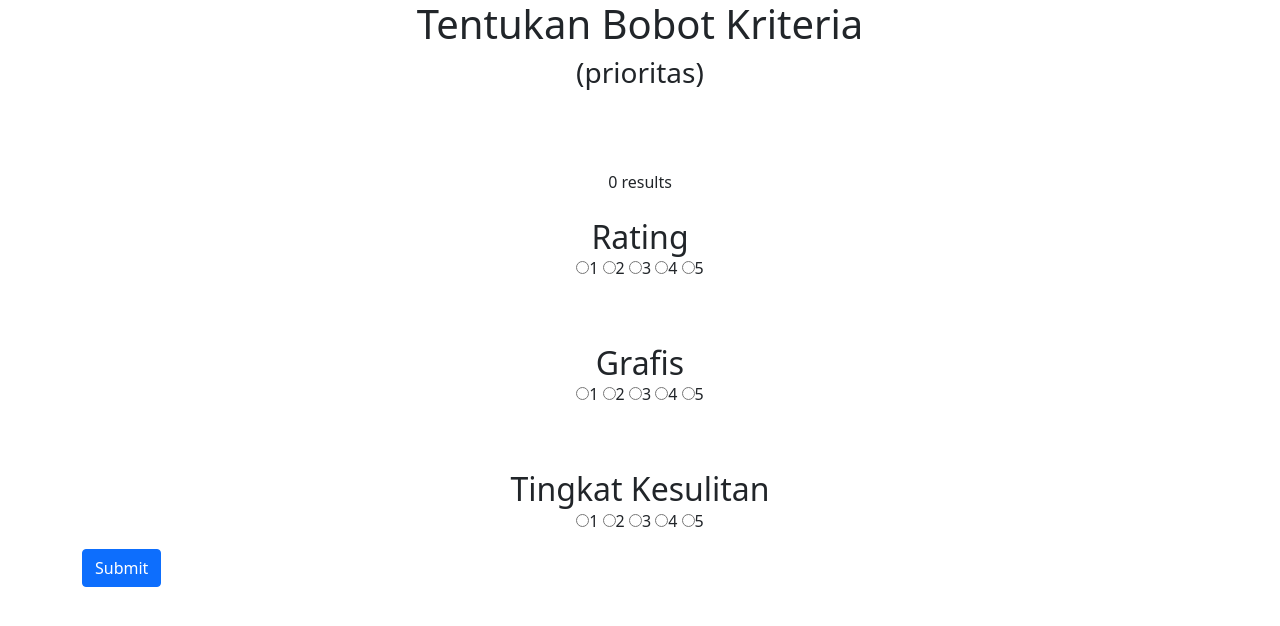
Repository: aqordeon/SPKWP
Page: http://localhost/hitungKriteria.php
The author's editor kept a copy of each file at every save. The page is drawn from the files as they stood at one save, then again after the next save.
The browser window is 1280 px wide. The pictures show the whole page.
The page is run by PHP 8.4 with error messages shown; the project is at /var/www/html/. Queries for data that is not in the repository find no rows.

Above is the page before, as saved 2020-12-24 23:18:01.

### hitungKriteria.php
<html lang="en">
<head>
    <meta charset="UTF-8">
    <meta name="viewport" content="width=device-width, initial-scale=1.0">
    <title>Document</title>
    <link href="https://cdn.jsdelivr.net/npm/bootstrap@5.0.0-beta1/dist/css/bootstrap.min.css" rel="stylesheet" integrity="sha384-giJF6kkoqNQ00vy+HMDP7azOuL0xtbfIcaT9wjKHr8RbDVddVHyTfAAsrekwKmP1" crossorigin="anonymous">
    <?php
        include "koneksi.php";
    ?>
</head>
<body>
    <div class="container">
    <center>
        <h1>Tentukan Bobot Kriteria</h1>
        <h3>(prioritas)</h3>

        <br><br><br>



            <?php

                $tabelkriteria = mysqli_query($con, "SELECT * FROM tb_kriteria");
                $baristabelkriteria = mysqli_num_rows($tabelkriteria);
                $row = mysqli_fetch_assoc($tabelkriteria);

                if ($baristabelkriteria > 0) {
                    while($row) {
                        echo $row['id'];
                    }
                } else {
                    echo "0 results";
                }

            ?>


        <br><br>

        <div class="container">
            <h2 style="display: inline;">Rating</h2>
            <form>
                <label class="radio-inline">
                    <input type="radio" name="optradio2">1
                </label>
                <label class="radio-inline">
                    <input type="radio" name="optradio2">2
                </label>
                <label class="radio-inline">
                    <input type="radio" name="optradio2">3
                </label>
                <label class="radio-inline">
                    <input type="radio" name="optradio2">4
                </label>
                <label class="radio-inline">
                    <input type="radio" name="optradio2">5
                </label>
            </form>
        </div>

        <br><br>

        <div class="container">
            <h2 style="display: inline;">Grafis</h2>
            <form>
                <label class="radio-inline">
                    <input type="radio" name="optradio3">1
                </label>
                <label class="radio-inline">
                    <input type="radio" name="optradio3">2
                </label>
                <label class="radio-inline">
                    <input type="radio" name="optradio3">3
                </label>
                <label class="radio-inline">
                    <input type="radio" name="optradio3">4
                </label>
                <label class="radio-inline">
                    <input type="radio" name="optradio3">5
                </label>
            </form>
        </div>

        <br><br>

        <div class="container">
            <h2 style="display: inline;">Tingkat Kesulitan</h2>
            <form>
                <label class="radio-inline">
                    <input type="radio" name="optradio4">1
                </label>
                <label class="radio-inline">
                    <input type="radio" name="optradio4">2
                </label>
                <label class="radio-inline">
                    <input type="radio" name="optradio4">3
                </label>
                <label class="radio-inline">
                    <input type="radio" name="optradio4">4
                </label>
                <label class="radio-inline">
                    <input type="radio" name="optradio4">5
                </label>
            </form>
        </div>
    </center>

    <button class="btn btn-primary" value="Submit">Submit</button>   <!-- mengarah ke hitung_vektorS.php -->

</div>
</body>
</html>

### koneksi.php
<?php
    $servername = "localhost";
    $username = "root";
    $password = "";
    $database = "db_spkwp";

    $con = mysqli_connect($servername, $username, $password, $database);

    // $ambilparagraf = $con->query("SELECT * FROM paragraph");
    // $cekdbparagraf = $ambilparagraf->fetch_assoc();
?>

After the next save:
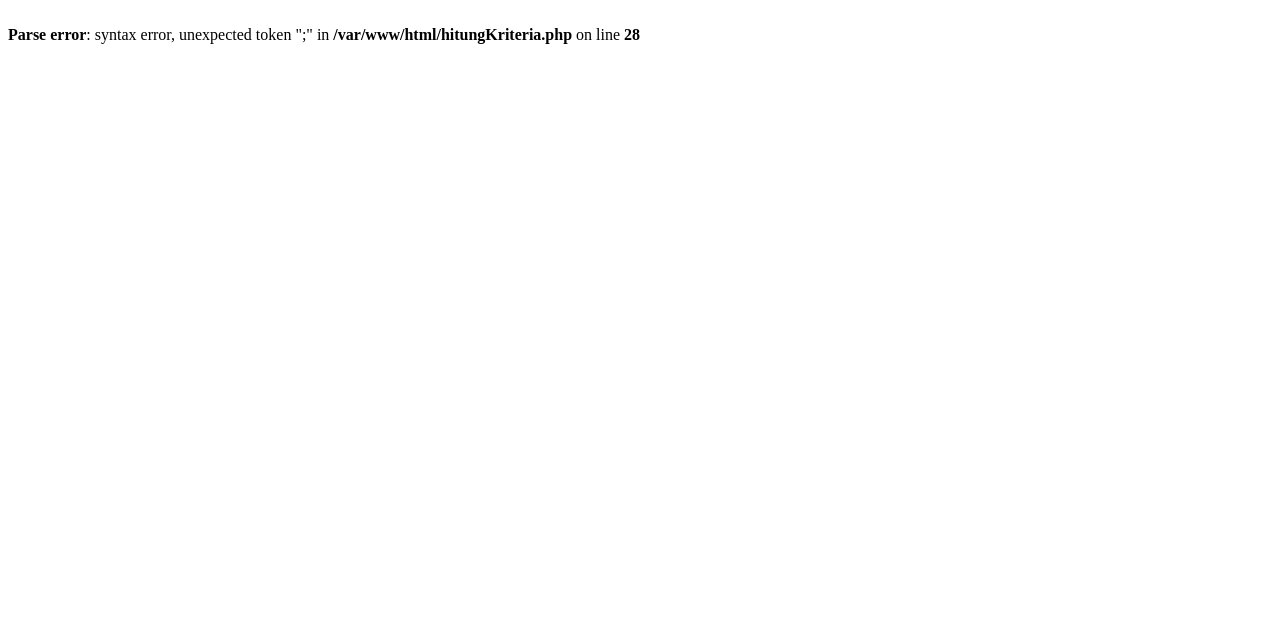
Saved 43 s later.
--- a/hitungKriteria.php
+++ b/hitungKriteria.php
@@ -22,10 +22,10 @@
 
                 $tabelkriteria = mysqli_query($con, "SELECT * FROM tb_kriteria");
                 $baristabelkriteria = mysqli_num_rows($tabelkriteria);
-                $row = mysqli_fetch_assoc($tabelkriteria);
+
 
                 if ($baristabelkriteria > 0) {
-                    while($row) {
+                    while($row = mysqli_fetch_assoc($tabelkriteria);) {
                         echo $row['id'];
                     }
                 } else {

After the save that followed:
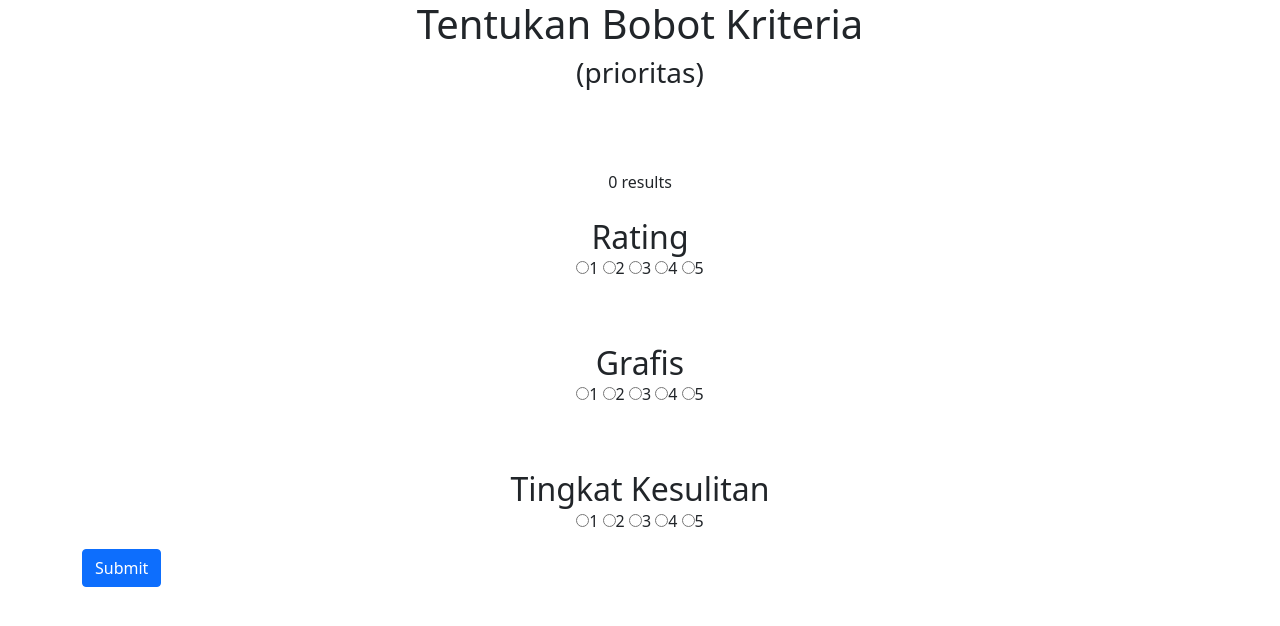
Saved 24 s later.
--- a/hitungKriteria.php
+++ b/hitungKriteria.php
@@ -25,7 +25,7 @@
 
 
                 if ($baristabelkriteria > 0) {
-                    while($row = mysqli_fetch_assoc($tabelkriteria);) {
+                    while($row) {
                         echo $row['id'];
                     }
                 } else {
